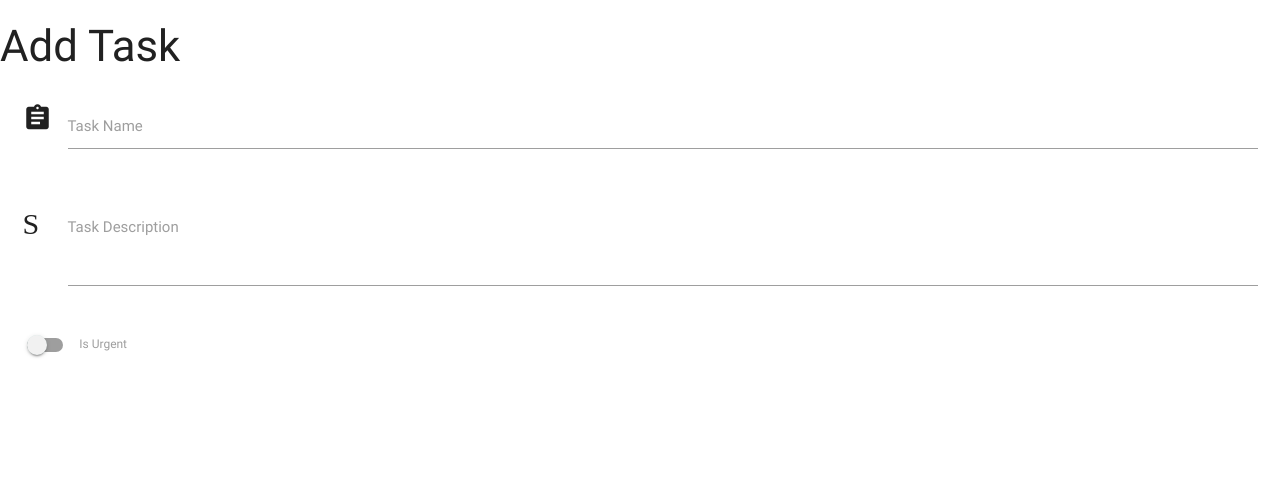
Repository: DanielJMaia/task-manager-minip
Page: http://localhost/add_task
The author's editor kept a record of every edit. The page is drawn from the files as they stood at one moment, then again after the next edit.
The browser window is 1280 px wide. The pictures show the whole page.
Some web libraries are served in a nearby version. The page is served by the project's application, run on Flask 3 (app.py).

Above is the page before.
Console error: TypeError: Cannot read properties of null (reading 'addEventListener')

### templates/addtask.html
{% extends 'base.html' %} {% block content %}

<h3>Add Task</h3>
<div class="row">
    <form class="col s12">
        <div class="row">
            <div class="input-field col s12">
                <i class="material-icons prefix">assignment</i>
                <input id="task_name" name="task_name" type="text" class="validate">
                <label for="icon_prefix">Task Name</label>
            </div>
        </div>
        <div class="row">
            <div class="input-field col s12">
                <i class="material-icons prefix">Subject</i>
                <textarea name="task_description" id="task_description" class="materialize-textarea"></textarea>
                <label for="icon_telephone">Task Description</label>
            </div>
        </div>
        <div class="row">
            <!-- Switch -->
            <div class="switch">
                <label>
                    <input id="is_urgent" name="is_urgent" type="checkbox">
                    <span class="lever"></span>Is Urgent
                </label>
            </div>
        </div>
    </form>
</div>

{% endblock %}

### templates/base.html
<!DOCTYPE html>
<html>

<head>
    <link href="https://fonts.googleapis.com/icon?family=Material+Icons" rel="stylesheet">
    <link rel="stylesheet" href="https://cdnjs.cloudflare.com/ajax/libs/materialize/0.100.2/css/materialize.min.css">
</head>

<body>
    {% block content %} {% endblock %}

    <script src="https://cdnjs.cloudflare.com/ajax/libs/jquery/3.2.1/jquery.min.js"></script>
    <script src="https://cdnjs.cloudflare.com/ajax/libs/materialize/0.100.2/js/materialize.min.js"></script>
    <script type="text/javascript">
        $(document).ready(function() {
            $('.collapsible').collapsible();
            $('select').material_select();
        });
        $('.datepicker').pickadate({
            selectMonths: true, // Creates a dropdown to control month
            selectYears: 15, // Creates a dropdown of 15 years to control year,
            today: 'Today',
            clear: 'Clear',
            close: 'Ok',
            closeOnSelect: false // Close upon selecting a date,
        });

        document.getElementById("matfix").addEventListener("click", function(e) {
            e.stopPropagation();
        });
    </script>
</body>

</html>

### app.py
import os
from flask import Flask, render_template, redirect, request, url_for
from flask_pymongo import PyMongo
from bson.objectid import ObjectId

app = Flask(__name__)

app.config["MONGO_DBNAME"] = "task_manager"
app.config["MONGO_URI"] = "mongodb+srv://root:r00tUser@myfirstcluster-bgp7f.mongodb.net/task_manager?retryWrites=true&w=majority"

mongo = PyMongo(app)

@app.route("/")
@app.route("/get_tasks")
def get_tasks():
    return render_template("tasks.html", tasks=mongo.db.tasks.find())

@app.route("/add_task")
def add_task():
    return render_template("addtask.html")

if __name__ == "__main__":
    app.run(host=os.environ.get("IP"),
        port=int(os.environ.get("PORT")),
        debug=True)

After the next edit:
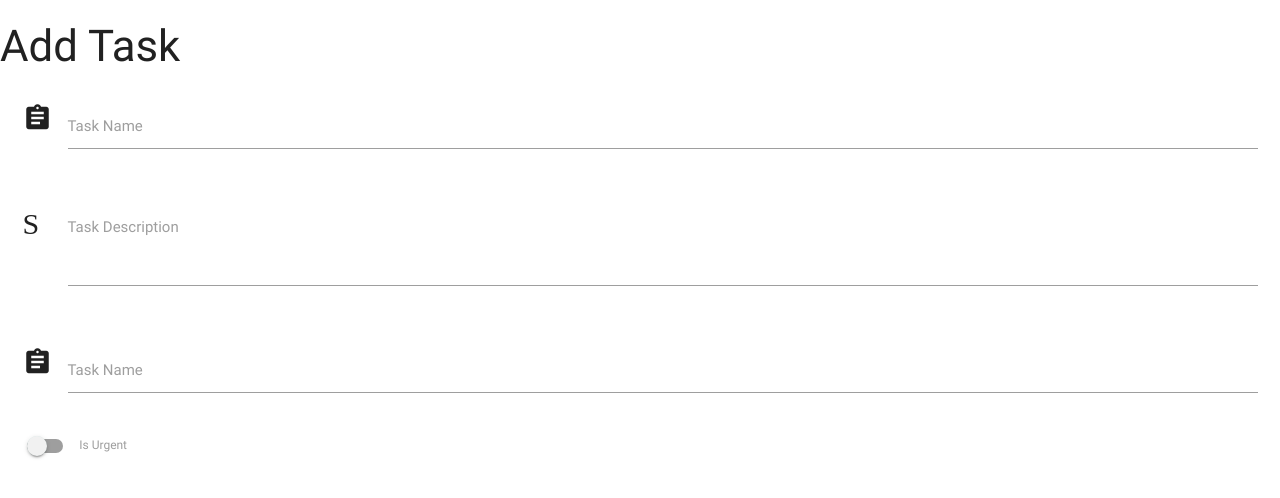
The edit:
--- a/templates/addtask.html
+++ b/templates/addtask.html
@@ -18,6 +18,13 @@
             </div>
         </div>
         <div class="row">
+            <div class="input-field col s12">
+                <i class="material-icons prefix">assignment</i>
+                <input id="task_name" name="task_name" type="text" class="validate">
+                <label for="icon_prefix">Task Name</label>
+            </div>
+        </div>
+        <div class="row">
             <!-- Switch -->
             <div class="switch">
                 <label>
